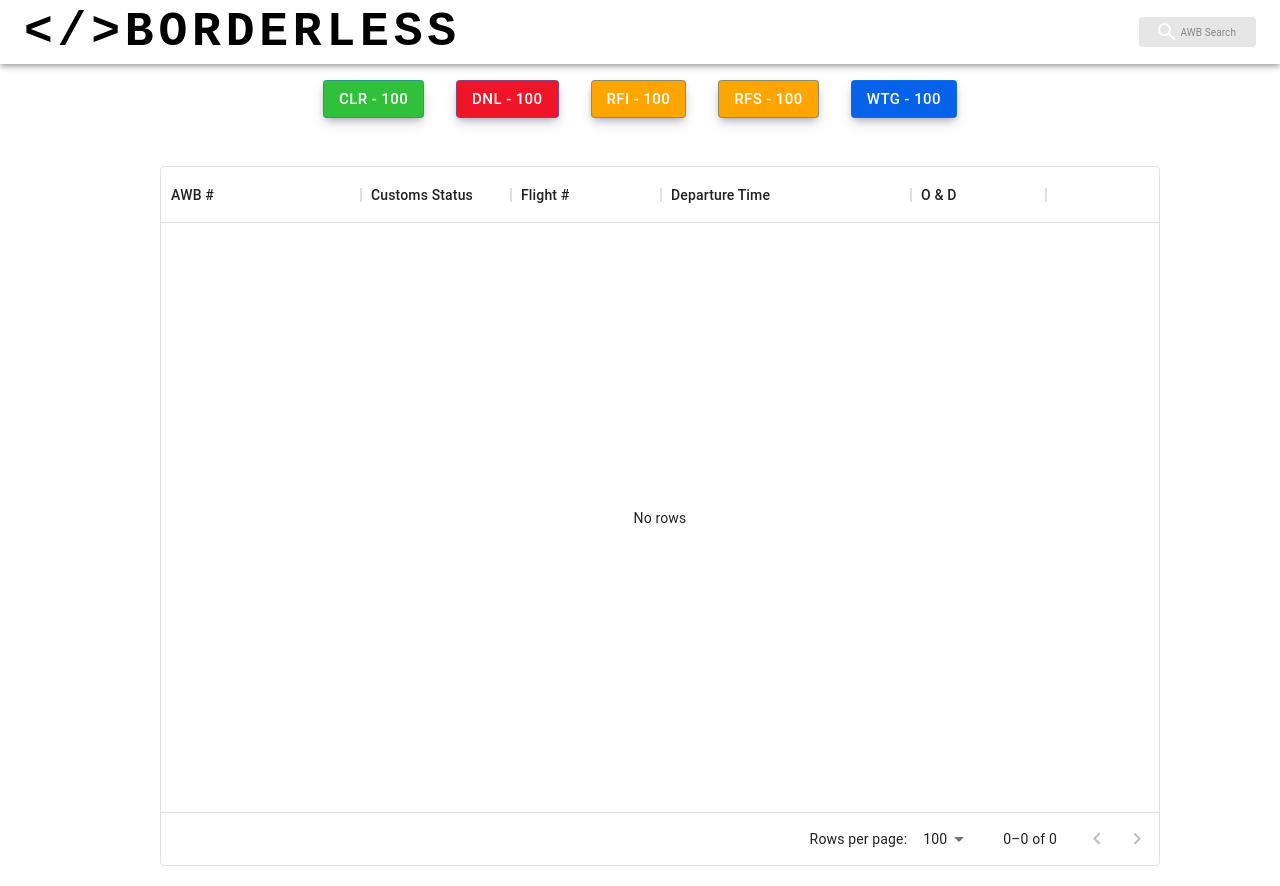
Repository: marlonguerios/onerecord_hackathon_2022
Page: /borderless
These files come from the project's save history. The page is drawn as it stood at one moment and after the next save; the edit follows.
The browser window is 1280 px wide. The pictures show the whole page.
The project was rebuilt for these pictures with package versions that can differ from the ones it lists, and the page was loaded fresh each time. Also part of the build but not shown: src/Dashboard.js, src/Customs.css, src/CustomsHeader.js, src/CustomsContent.js, src/CustomsDashboard.js.

Above is the page before, as saved 2022-10-23 10:11:09.

After the next save:
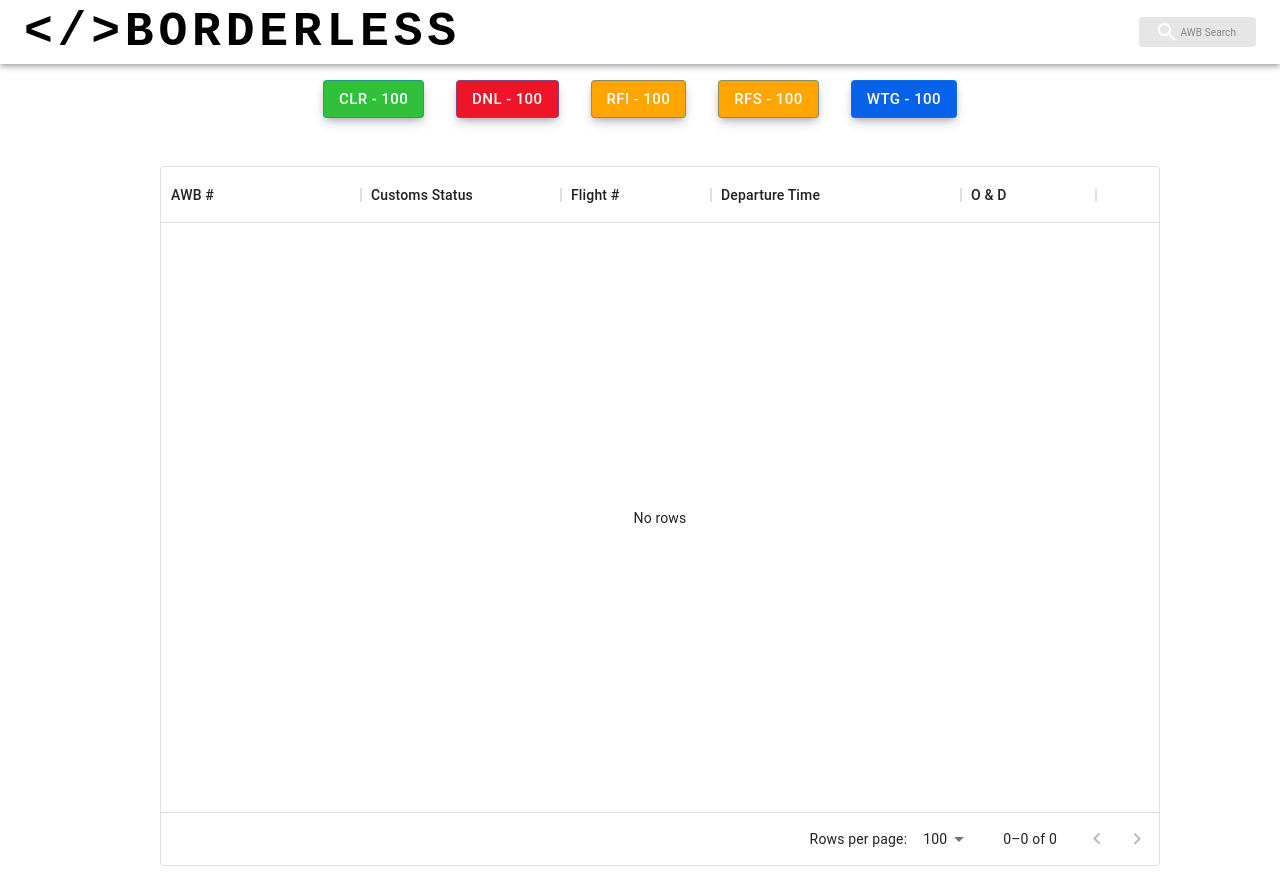
Saved 21 s later.
--- a/src/Warehouse.js
+++ b/src/Warehouse.js
@@ -114,7 +114,7 @@ class Warehouse extends Component {
                         )
                     }
                 },
-                { field: "col1", headerName: "Customs Status", width: 150 },
+                { field: "col1", headerName: "Customs Status", width: 200 },
                 { field: "col2", headerName: "Flight #", width: 150 },
                 { field: "col3", headerName: "Departure Time", width: 250 },
                 { field: "col4", headerName: "O & D", width: 135 }
